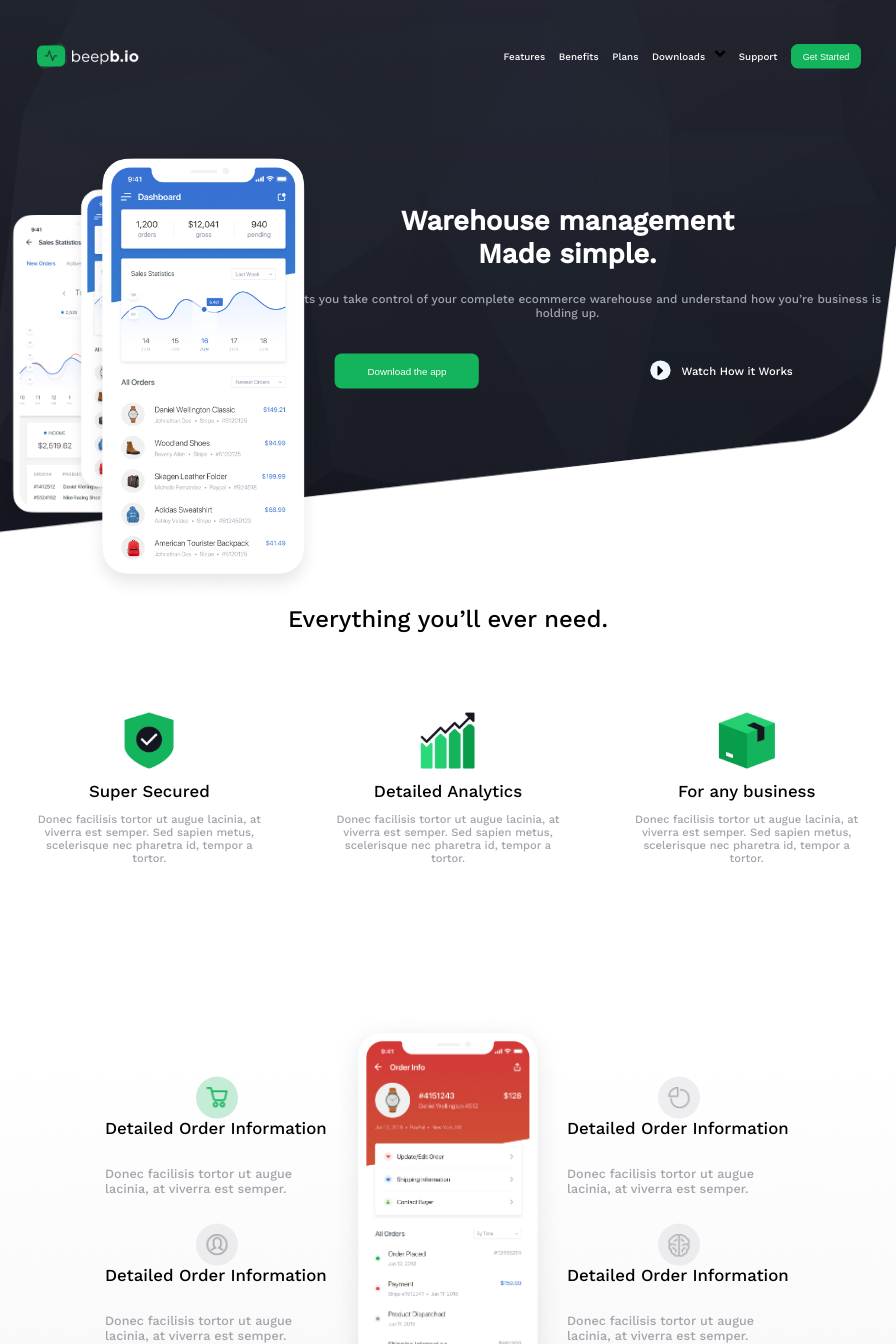
Repository: thinhnguyen347/thinhnguyen347.github.io
Page: cut-html-css/index.html
An editor plug-in stored every save of this project. The page is shown before and after the next save, followed by the edit.
The browser window is 1280 px wide. The pictures show the part of the page from y = 0 to 1920 px (the page is 4471 px tall), at 70% of full size.

Above is the page before, as saved 2021-11-10 17:41:15.

After the next save:
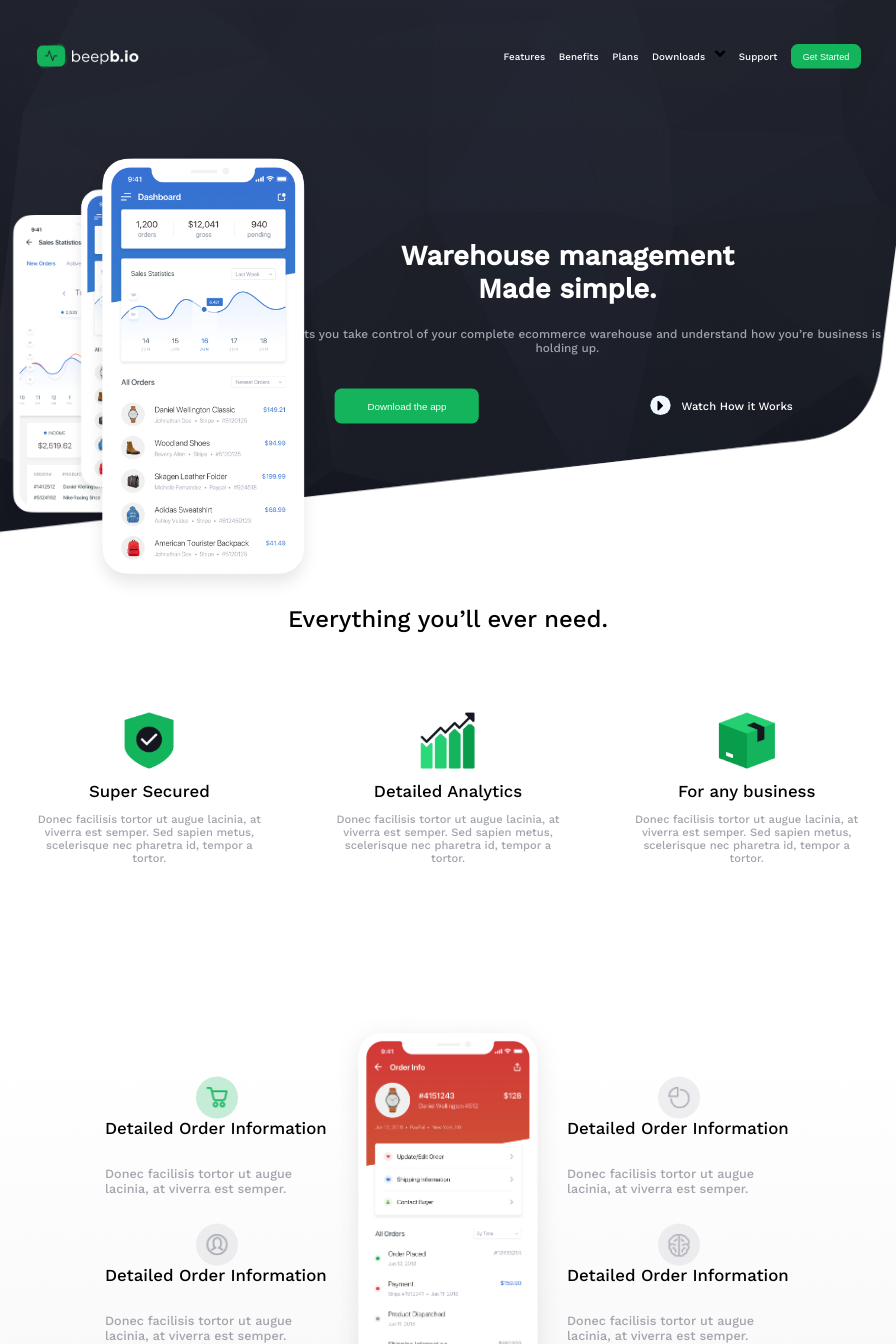
Saved 34 s later.
--- a/cut-html-css/css/style.css
+++ b/cut-html-css/css/style.css
@@ -173,7 +173,7 @@ li.menuitem:hover .drop-down {
 }
 
 .hero-content {
-  padding: 100px 20px;
+  padding: 150px 20px;
   text-align: center;
 }
 
